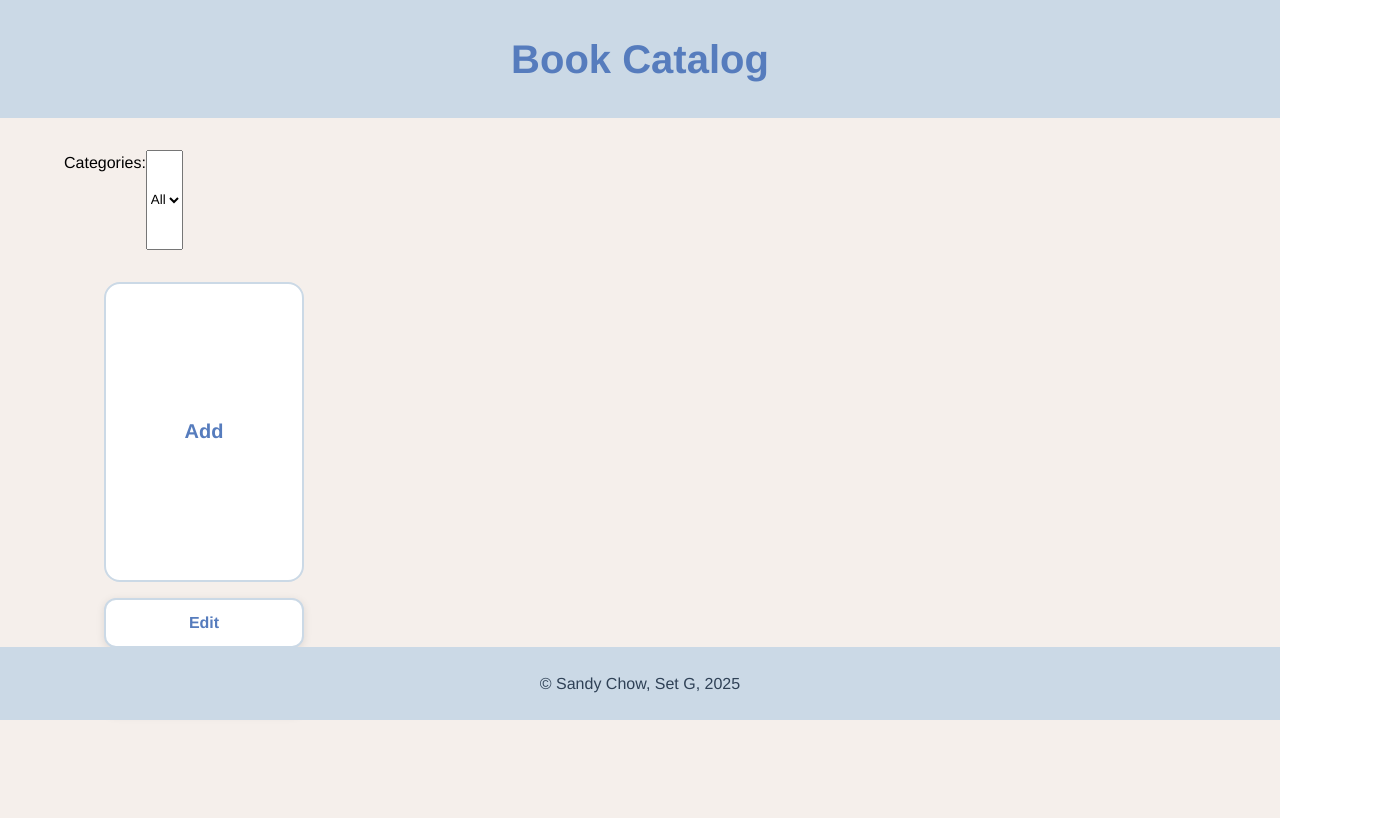
Repository: Bcit-sandy/COMP3170_Lab7
Page: /
The author's editor kept a copy of each file at every save. The page is drawn from the files as they stood at one save, then again after the next save.
The browser window is 1280 px wide. The page is 1376 px wide, so the pictures cover 1376 px, including what lies to the right of the window. The pictures show the whole page.
The project was rebuilt for these pictures with package versions that can differ from the ones it lists, and the page was loaded fresh each time. Also part of the build but not shown: vite.config.js, src/components/Info.jsx, src/components/Book.jsx.

Above is the page before, as saved 2025-10-25 23:47:32.

After the next save:
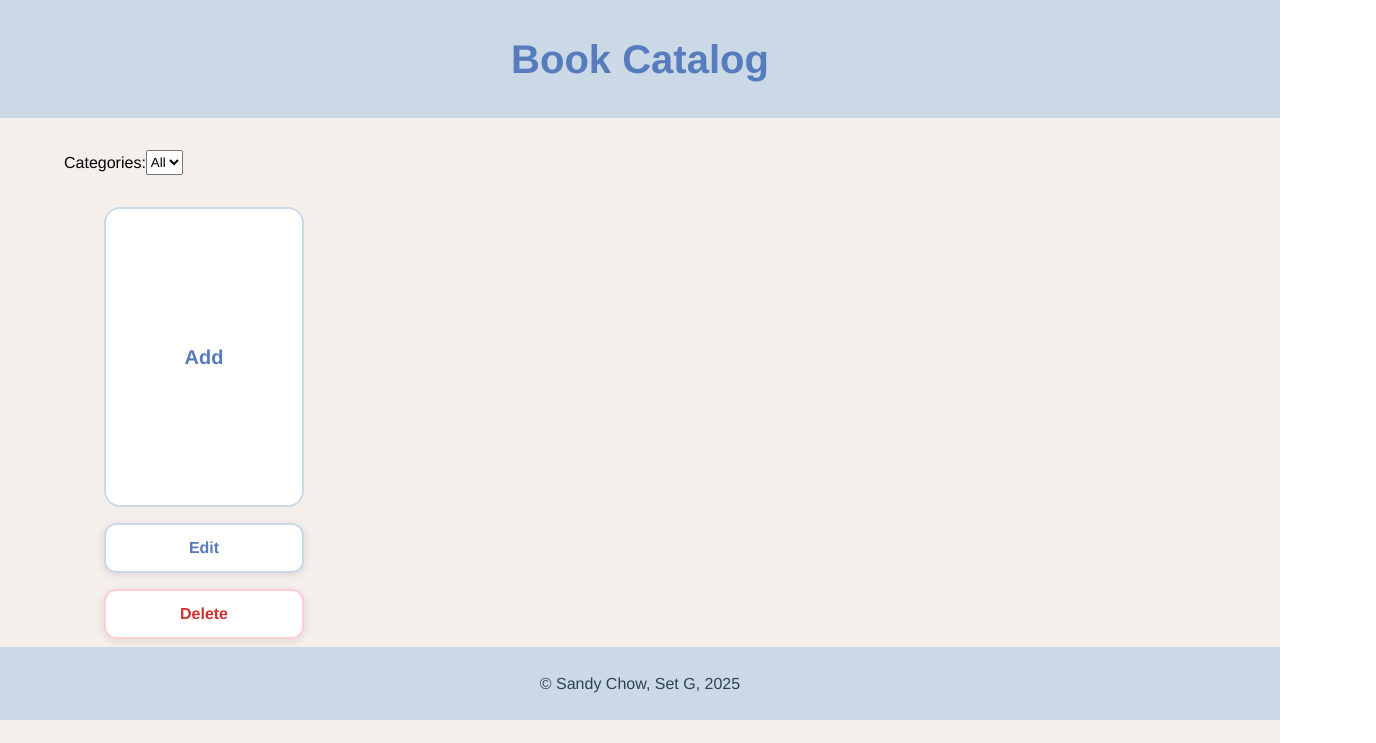
Saved 6 s later.
--- a/src/components/Filter/Filter.css
+++ b/src/components/Filter/Filter.css
@@ -7,5 +7,5 @@
     margin: 0 2rem;
     border-radius: 12px;
     width: 100%;
-    height: 100px;
+    height: auto;
 }
